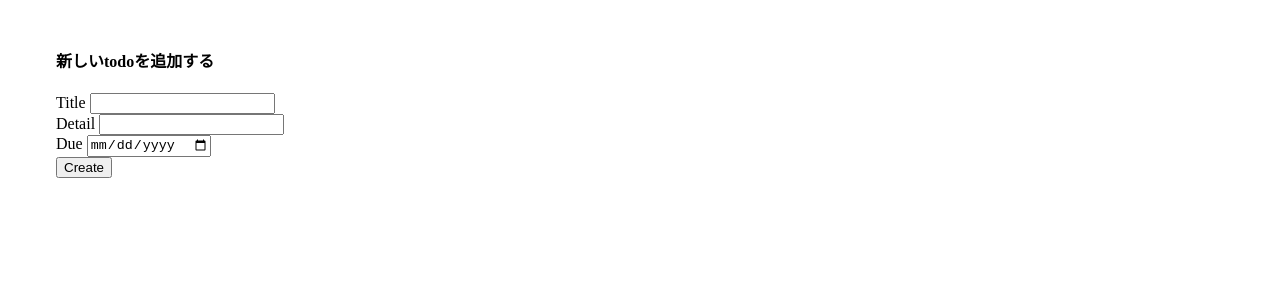
Repository: sgmtg/ToDoList
Page: http://localhost/create
The author's editor kept a record of every edit. The page is drawn from the files as they stood at one moment, then again after the next edit.
The browser window is 1280 px wide. The pictures show the whole page.
The page is served by the project's application, run on Flask 3 (app.py).

Above is the page before.

After the next edit:
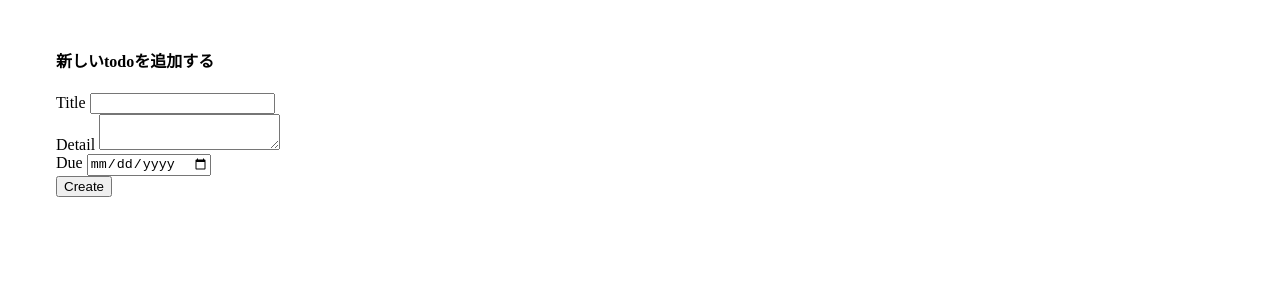
The edit:
--- a/templates/create.html
+++ b/templates/create.html
@@ -13,8 +13,8 @@
                 <input type="text" id="title" name="title">
             </div>
             <div>
-                <label for="detail">Detail</label>
-                <input type="textarea" id="detail" name="detail">
+                <label for="detail" class="form-label">Detail</label>
+                <textarea id="detail" name="detail"></textarea>
             </div>
             <div>
                 <label for="due">Due</label>
